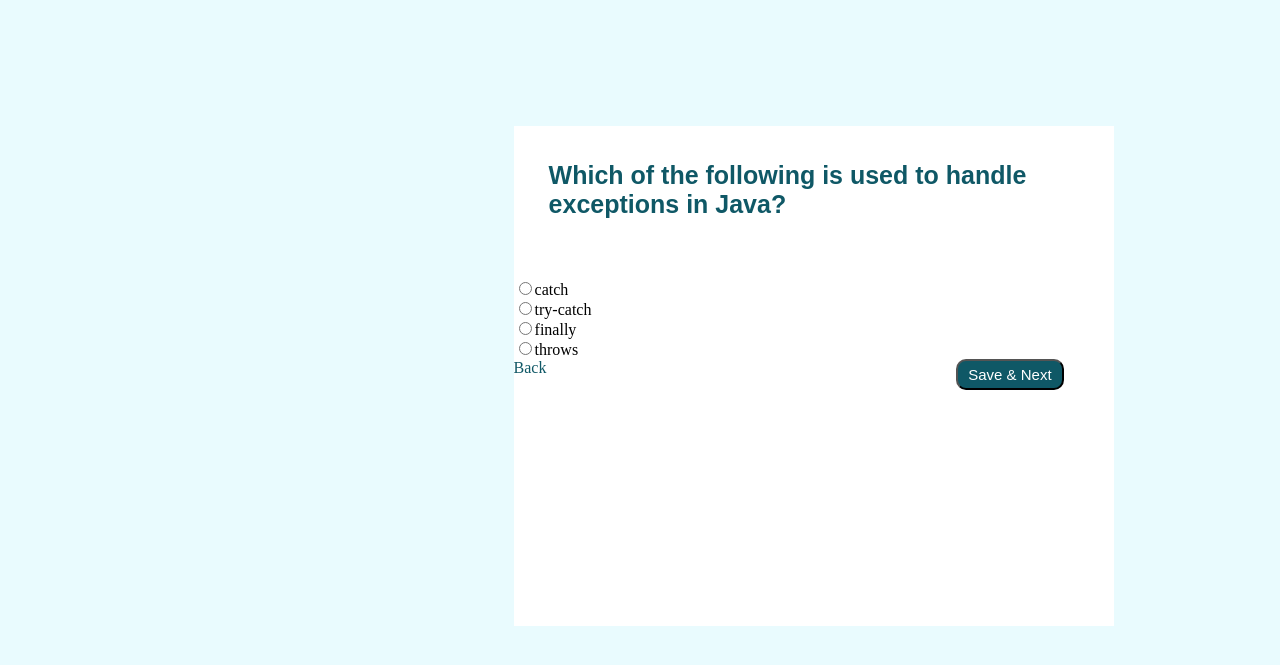
Repository: Rupali-8062Chourasiya5279/Internship_Task_Rupali
Page: Programming Language/quiz/QuizApp/src/main/webapp/First.html
An editor plug-in stored every save of this project. The page is shown before and after the next save, followed by the edit.
The browser window is 1280 px wide. The pictures show the whole page.

Above is the page before, as saved 2025-01-24 13:41:00.

### Programming Language/quiz/QuizApp/src/main/webapp/First.html
<!DOCTYPE html>
<html>
<head>
<meta charset="UTF-8">
<title>Que1</title>
<style>
body
{
background-color: #7ce0f4;
}
#div1
{
background-color: white;
height :500px ;
width : 600px;
margin-left: 40%;
margin-top: 10%;
}
 h3
 {
 padding:35px;
 font: bold;
 color: #0f5866;
 font-family: sans-serif;
 font-size: 25px;
 }
 a{
 text-decoration: none;
 color: #0f5866;
 }
 #sub
 {
 font: bold;
 color: white;
 background-color:#0f5866;
 font-family: sans-serif;
 float:right;
 padding:5px 10px 5px 10px;
 margin-right:50px;
 font-size: 15px;
 border-radius: 10px;
 }
 body
 {
 background-color: #e9fbfe;
 }
</style>
</head>
<body>
	<form action="First">
	<div id="div1">
	<h3>Which of the following is used to handle exceptions in Java?</h3>
	<input type="radio" name="q1" value="catch">catch</input><br>
	<input type="radio" name="q1" value="try-catch">try-catch</input><br>
	<input type="radio" name="q1" value="finally">finally</input><br>
	<input type="radio" name="q1" value="throws">throws</input><br>
	<a href="rules.html">Back</a>
	<input id = "sub" type="submit" value="Save & Next">
	</div>
	</form>
</body>
</html>

After the next save:
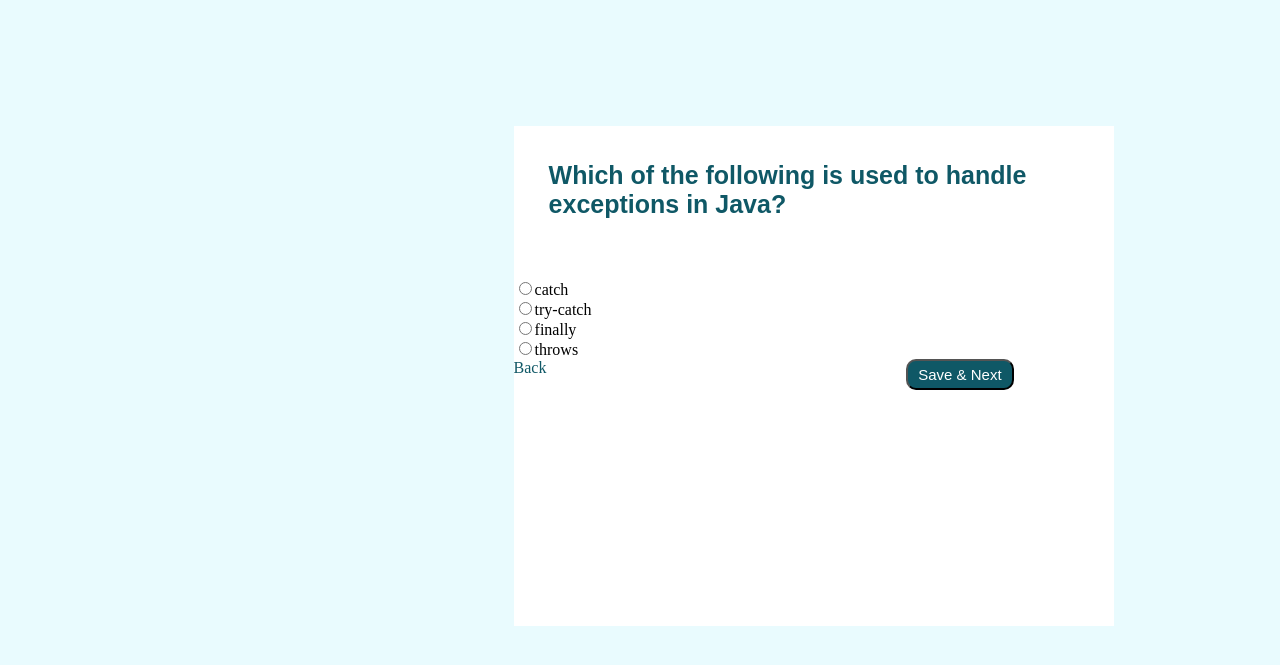
Saved 8 s later.
--- a/Programming Language/quiz/QuizApp/src/main/webapp/First.html
+++ b/Programming Language/quiz/QuizApp/src/main/webapp/First.html
@@ -36,7 +36,7 @@ margin-top: 10%;
  font-family: sans-serif;
  float:right;
  padding:5px 10px 5px 10px;
- margin-right:50px;
+ margin-right:100px;
  font-size: 15px;
  border-radius: 10px;
  }
